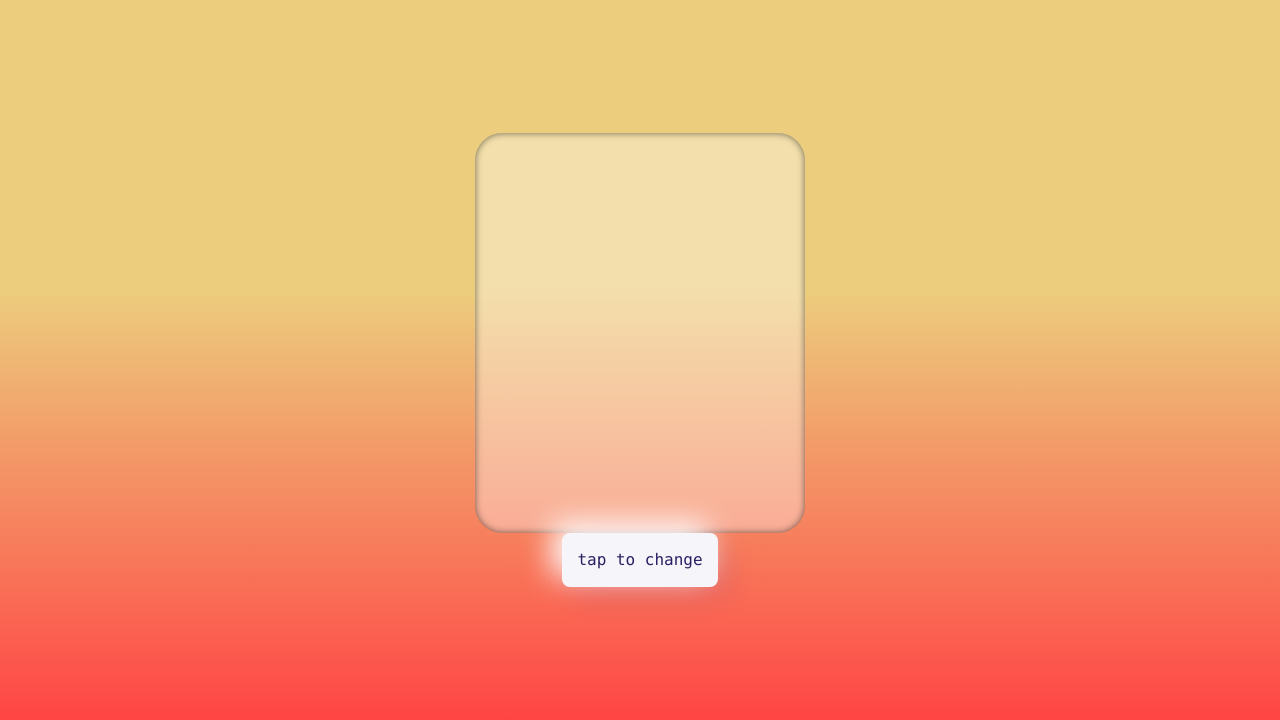
Repository: ThanhThn/profile
Page: index.html
The author's editor kept a copy of each file at every save. The page is drawn from the files as they stood at one save, then again after the next save.
The browser window is 1280 px wide. The pictures show the whole page.

Above is the page before, as saved 2022-12-04 23:53:58.

### index.html
<!DOCTYPE html>
<html lang="en">
<head>
    <meta charset="UTF-8">
    <meta http-equiv="X-UA-Compatible" content="IE=edge">
    <meta name="viewport" content="width=device-width, initial-scale=1.0">
    <title>Document</title>
    <link rel="stylesheet" href="style.css">
</head>
<body>
    <div class="container">
        <div class="content"></div>
        <button class="btn">tap to change</button>
    </div>
</body>
</html>

### style.css
*{
    padding: 0;
    margin: 0;
    box-sizing: border-box;
}

body{
    background:  linear-gradient( to bottom, rgba(223, 172,39,60%) 40%, rgba(255,22,22,80%) 100% );
    width: 100%;
    height: 100vh;
}
.container{
    position: absolute;
    top: calc((100% - 454px)/2);
    left: calc((100% - 330px)/2);
    display: flex;
    flex-direction: column;
    align-items: center;
}

.content{
    width: 330px;
    height: 400px;
    background: rgba(255, 255, 255, 35%);
    border-radius: 27px;
    box-shadow: inset 0px 0px 7px rgba(0, 0, 0, 55%);
}

.btn{
  align-items: center;
  background: #f5f5fa;
  border: 0;
  border-radius: 8px;
  box-shadow: -10px -10px 30px 0 #fff,10px 10px 30px 0 #1d0dca17;
  box-sizing: border-box;
  color: #2a1f62;
  cursor: pointer;
  display: flex;
  font-family: "Cascadia Code",Consolas,Monaco,"Andale Mono","Ubuntu Mono",monospace;
  font-size: 1rem;
  justify-content: center;
  line-height: 1.5rem;
  padding: 15px;
  position: relative;
  text-align: left;
  transition: .2s;
  user-select: none;
  -webkit-user-select: none;
  touch-action: manipulation;
  white-space: pre;
  width: max-content;
  word-break: normal;
  word-spacing: normal;
}

.btn:hover {
  background: #f8f8ff;
  box-shadow: -15px -15px 30px 0 #fff, 15px 15px 30px 0 #1d0dca17;
}

After the next save:
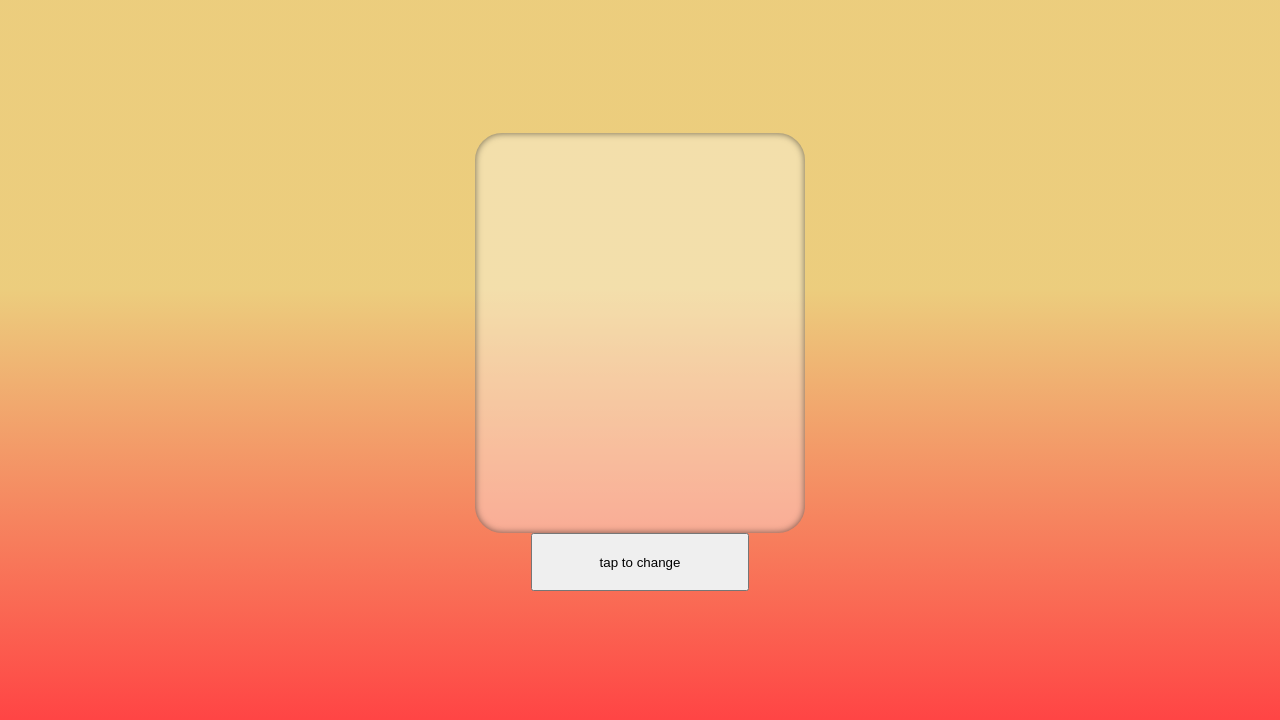
Saved 2 min 12 s later.
--- a/style.css
+++ b/style.css
@@ -27,30 +27,8 @@ body{
 }
 
 .btn{
-  align-items: center;
-  background: #f5f5fa;
-  border: 0;
-  border-radius: 8px;
-  box-shadow: -10px -10px 30px 0 #fff,10px 10px 30px 0 #1d0dca17;
-  box-sizing: border-box;
-  color: #2a1f62;
-  cursor: pointer;
-  display: flex;
-  font-family: "Cascadia Code",Consolas,Monaco,"Andale Mono","Ubuntu Mono",monospace;
-  font-size: 1rem;
-  justify-content: center;
-  line-height: 1.5rem;
-  padding: 15px;
-  position: relative;
-  text-align: left;
-  transition: .2s;
-  user-select: none;
-  -webkit-user-select: none;
-  touch-action: manipulation;
-  white-space: pre;
-  width: max-content;
-  word-break: normal;
-  word-spacing: normal;
+    width: 218px;
+    height: 58px;
 }
 
 .btn:hover {
